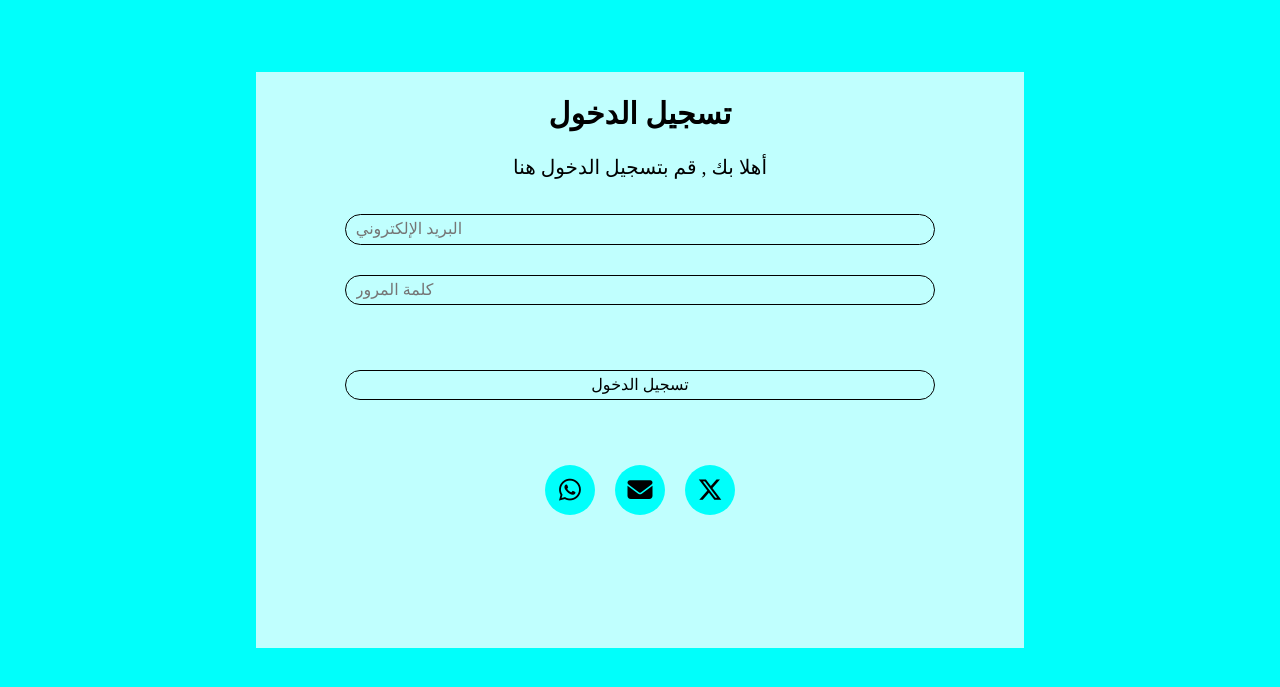
Repository: FaisalFahed/login-page
Page: html/صفحة تسجيل دخول.html
The author's editor kept a copy of each file at every save. The page is drawn from the files as they stood at one save, then again after the next save.
The browser window is 1280 px wide. The pictures show the whole page.
Some web fonts or font styles are not loaded; a fallback is used.

Above is the page before, as saved 2025-04-01 08:51:39.

### html/صفحة تسجيل دخول.html
<!DOCTYPE html>
<html lang="en">
<head>
    <meta charset="UTF-8">
    <meta name="viewport" content="width=device-width, initial-scale=1.0">
    <link rel="stylesheet" href="css/normlaize.css">
    <link rel="stylesheet" href="../css/صفحة تسجيل دخول.css">
    <!-- Font Awesome -->
    <link rel="stylesheet" href="../css/all.min.css">
    <!-- Google Fonts -->
    <link rel="preconnect" href="https://fonts.googleapis.com">
    <link rel="preconnect" href="https://fonts.gstatic.com" crossorigin>
    <link href="https://fonts.googleapis.com/css2?family=Markazi+Text:wght@400..700&display=swap" rel="stylesheet">
    <title>Faisal | صفحة تسجيل دخول</title>
</head>
    <body>
        <div class="container">
            <div class="text">
                <h2>تسجيل الدخول</h2>
                <p>أهلا بك , قم بتسجيل الدخول هنا</p>
            </div>
            <div class="log-in">
                <input type="email" placeholder="البريد الإلكتروني">
                <input type="password" placeholder="كلمة المرور">
                <input type="submit" value="تسجيل الدخول">
            </div>
            <div class="icons">
                <ul>
                    <li><a href="#"><i class="fa-brands fa-whatsapp"></i></a></li>
                    <li><a href="#"><i class="fa-solid fa-envelope"></i></a></li>
                    <li><a href="#"><i class="fa-brands fa-x-twitter"></i></a></li>
                </ul>
            </div>
        </div>
    </body>
</html>

### css/normlaize.css
/*! normalize.css v8.0.1 | MIT License | github.com/necolas/normalize.css */

/* Document
   ========================================================================== */

/**
 * 1. Correct the line height in all browsers.
 * 2. Prevent adjustments of font size after orientation changes in iOS.
 */

 html {
  line-height: 1.15; /* 1 */
  -webkit-text-size-adjust: 100%; /* 2 */
}

/* Sections
   ========================================================================== */

/**
 * Remove the margin in all browsers.
 */

body {
  margin: 0;
}

/**
 * Render the `main` element consistently in IE.
 */

main {
  display: block;
}

/**
 * Correct the font size and margin on `h1` elements within `section` and
 * `article` contexts in Chrome, Firefox, and Safari.
 */

h1 {
  font-size: 2em;
  margin: 0.67em 0;
}

/* Grouping content
   ========================================================================== */

/**
 * 1. Add the correct box sizing in Firefox.
 * 2. Show the overflow in Edge and IE.
 */

hr {
  box-sizing: content-box; /* 1 */
  height: 0; /* 1 */
  overflow: visible; /* 2 */
}

/**
 * 1. Correct the inheritance and scaling of font size in all browsers.
 * 2. Correct the odd `em` font sizing in all browsers.
 */

pre {
  font-family: monospace, monospace; /* 1 */
  font-size: 1em; /* 2 */
}

/* Text-level semantics
   ========================================================================== */

/**
 * Remove the gray background on active links in IE 10.
 */

a {
  background-color: transparent;
}

/**
 * 1. Remove the bottom border in Chrome 57-
 * 2. Add the correct text decoration in Chrome, Edge, IE, Opera, and Safari.
 */

abbr[title] {
  border-bottom: none; /* 1 */
  text-decoration: underline; /* 2 */
  text-decoration: underline dotted; /* 2 */
}

/**
 * Add the correct font weight in Chrome, Edge, and Safari.
 */

b,
strong {
  font-weight: bolder;
}

/**
 * 1. Correct the inheritance and scaling of font size in all browsers.
 * 2. Correct the odd `em` font sizing in all browsers.
 */

code,
kbd,
samp {
  font-family: monospace, monospace; /* 1 */
  font-size: 1em; /* 2 */
}

/**
 * Add the correct font size in all browsers.
 */

small {
  font-size: 80%;
}

/**
 * Prevent `sub` and `sup` elements from affecting the line height in
 * all browsers.
 */

sub,
sup {
  font-size: 75%;
  line-height: 0;
  position: relative;
  vertical-align: baseline;
}

sub {
  bottom: -0.25em;
}

sup {
  top: -0.5em;
}

/* Embedded content
   ========================================================================== */

/**
 * Remove the border on images inside links in IE 10.
 */

img {
  border-style: none;
}

/* Forms
   ========================================================================== */

/**
 * 1. Change the font styles in all browsers.
 * 2. Remove the margin in Firefox and Safari.
 */

button,
input,
optgroup,
select,
textarea {
  font-family: inherit; /* 1 */
  font-size: 100%; /* 1 */
  line-height: 1.15; /* 1 */
  margin: 0; /* 2 */
}

/**
 * Show the overflow in IE.
 * 1. Show the overflow in Edge.
 */

button,
input { /* 1 */
  overflow: visible;
}

/**
 * Remove the inheritance of text transform in Edge, Firefox, and IE.
 * 1. Remove the inheritance of text transform in Firefox.
 */

button,
select { /* 1 */
  text-transform: none;
}

/**
 * Correct the inability to style clickable types in iOS and Safari.
 */

button,
[type="button"],
[type="reset"],
[type="submit"] {
  -webkit-appearance: button;
}

/**
 * Remove the inner border and padding in Firefox.
 */

button::-moz-focus-inner,
[type="button"]::-moz-focus-inner,
[type="reset"]::-moz-focus-inner,
[type="submit"]::-moz-focus-inner {
  border-style: none;
  padding: 0;
}

/**
 * Restore the focus styles unset by the previous rule.
 */

button:-moz-focusring,
[type="button"]:-moz-focusring,
[type="reset"]:-moz-focusring,
[type="submit"]:-moz-focusring {
  outline: 1px dotted ButtonText;
}

/**
 * Correct the padding in Firefox.
 */

fieldset {
  padding: 0.35em 0.75em 0.625em;
}

/**
 * 1. Correct the text wrapping in Edge and IE.
 * 2. Correct the color inheritance from `fieldset` elements in IE.
 * 3. Remove the padding so developers are not caught out when they zero out
 *    `fieldset` elements in all browsers.
 */

legend {
  box-sizing: border-box; /* 1 */
  color: inherit; /* 2 */
  display: table; /* 1 */
  max-width: 100%; /* 1 */
  padding: 0; /* 3 */
  white-space: normal; /* 1 */
}

/**
 * Add the correct vertical alignment in Chrome, Firefox, and Opera.
 */

progress {
  vertical-align: baseline;
}

/**
 * Remove the default vertical scrollbar in IE 10+.
 */

textarea {
  overflow: auto;
}

/**
 * 1. Add the correct box sizing in IE 10.
 * 2. Remove the padding in IE 10.
 */

[type="checkbox"],
[type="radio"] {
  box-sizing: border-box; /* 1 */
  padding: 0; /* 2 */
}

/**
 * Correct the cursor style of increment and decrement buttons in Chrome.
 */

[type="number"]::-webkit-inner-spin-button,
[type="number"]::-webkit-outer-spin-button {
  height: auto;
}

/**
 * 1. Correct the odd appearance in Chrome and Safari.
 * 2. Correct the outline style in Safari.
 */

[type="search"] {
  -webkit-appearance: textfield; /* 1 */
  outline-offset: -2px; /* 2 */
}

/**
 * Remove the inner padding in Chrome and Safari on macOS.
 */

[type="search"]::-webkit-search-decoration {
  -webkit-appearance: none;
}

/**
 * 1. Correct the inability to style clickable types in iOS and Safari.
 * 2. Change font properties to `inherit` in Safari.
 */

::-webkit-file-upload-button {
  -webkit-appearance: button; /* 1 */
  font: inherit; /* 2 */
}

/* Interactive
   ========================================================================== */

/*
 * Add the correct display in Edge, IE 10+, and Firefox.
 */

details {
  display: block;
}

/*
 * Add the correct display in all browsers.
 */

summary {
  display: list-item;
}

/* Misc
   ========================================================================== */

/**
 * Add the correct display in IE 10+.
 */

template {
  display: none;
}

/**
 * Add the correct display in IE 10.
 */

[hidden] {
  display: none;
}

### css/صفحة تسجيل دخول.css
*{
    box-sizing: border-box;
}

:root{
    --main-color: #ff1f1fd6;
    --main-color-alt: #1787E0;
    --main-transition-duration: 0.3s;
    --main-padding-top: 100px;
    --main-padding-bottom: 100px;
    --section-background: #ECECEC;
}

html{
    scroll-behavior: smooth;
}

body{
    font-family: "Markazi Text", serif;
    background-color: #00fffb;
    display: flex;
    width: 100vw;
    height: 100vh;
    justify-content: center;
    align-items: center;
}

a{
    text-decoration: none;
}

ul{
    list-style: none;
    padding: 0;
    margin: 0;
}

.container{
    padding-left: 15px;
    padding-right: 15px;
    margin-left: auto;
    margin-right: auto;
    background-color: rgba(255, 255, 255, 0.753);
    height: 80vh;
    width: 60vw;
    text-align: center;
}

.text{
    font-size: 20px;
}
.log-in{
    display: flex;
    flex-direction: column;
    align-items: center;
    justify-content: center;
}
.log-in input{
    border: none;
    outline: none;
    padding: 5px 10px;
    margin: 15px 0;
    background-color: transparent;
    border: 1px solid black;
    border-radius: 16px;
    position: relative;
    width: 80%;
}

.log-in input:nt{
    margin-top: 50px;
}
.log-in input[type="submit"]{

    margin-top: 50px;
}
.icons ul{
    display: flex;
    align-items: center;
    justify-content: center;
}
.icons ul li a{
    color: black;
}
.icons ul li a i{
    margin-top: 50px;
    display: flex;
    justify-content: center;
    align-items: center;
    background-color: rgb(0, 255, 251);
    font-size: 25px;
    width: 50px;
    height: 50px;
    border-radius: 50%;
}
.icons ul li a i:nth-child(1){
    margin: 50px 10px;
}
/* @media (min-width:768px){
    .container{
        width: 750px;
    }
}

@media (min-width:992px){
    .container{
        width: 970px;
    }
}

@media (min-width:1200px){
    .container{
        width: 1170px;
    }
} */

Loaded but not shown: css/all.min.css (library)

After the next save:
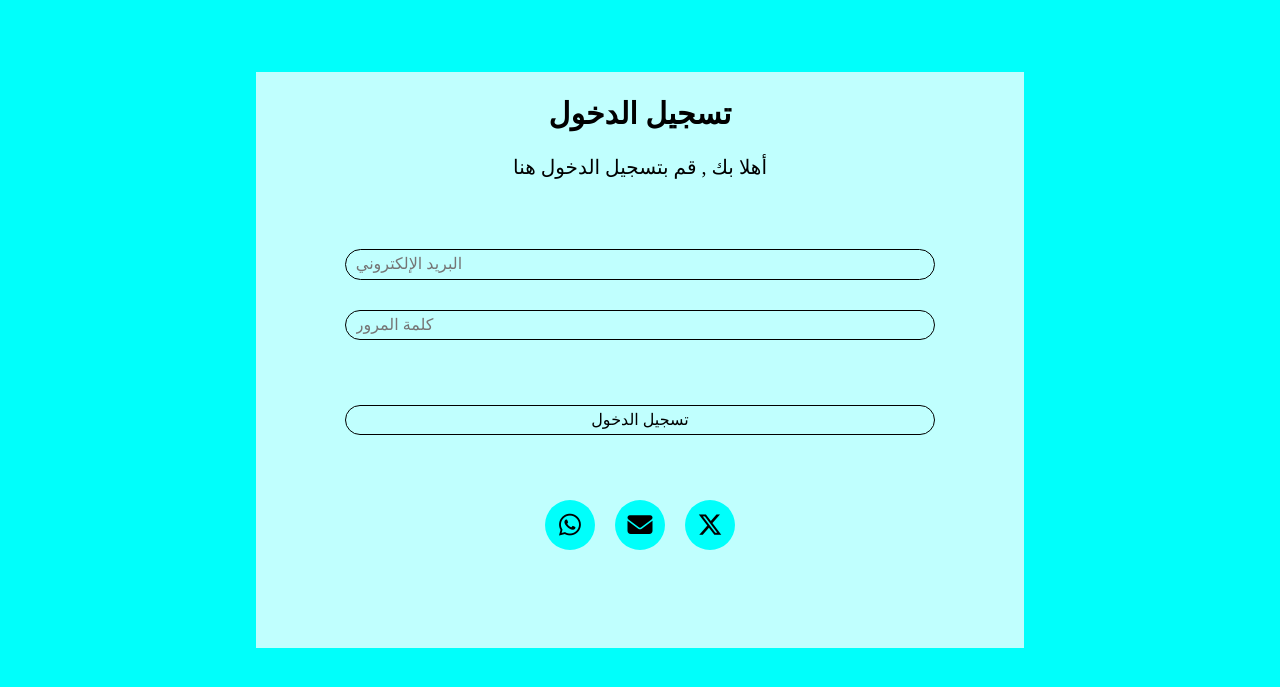
Saved 5 s later.
--- a/css/صفحة تسجيل دخول.css
+++ b/css/صفحة تسجيل دخول.css
@@ -67,7 +67,7 @@ ul{
     width: 80%;
 }
 
-.log-in input:nt{
+.log-in input:nth-child(1){
     margin-top: 50px;
 }
 .log-in input[type="submit"]{
